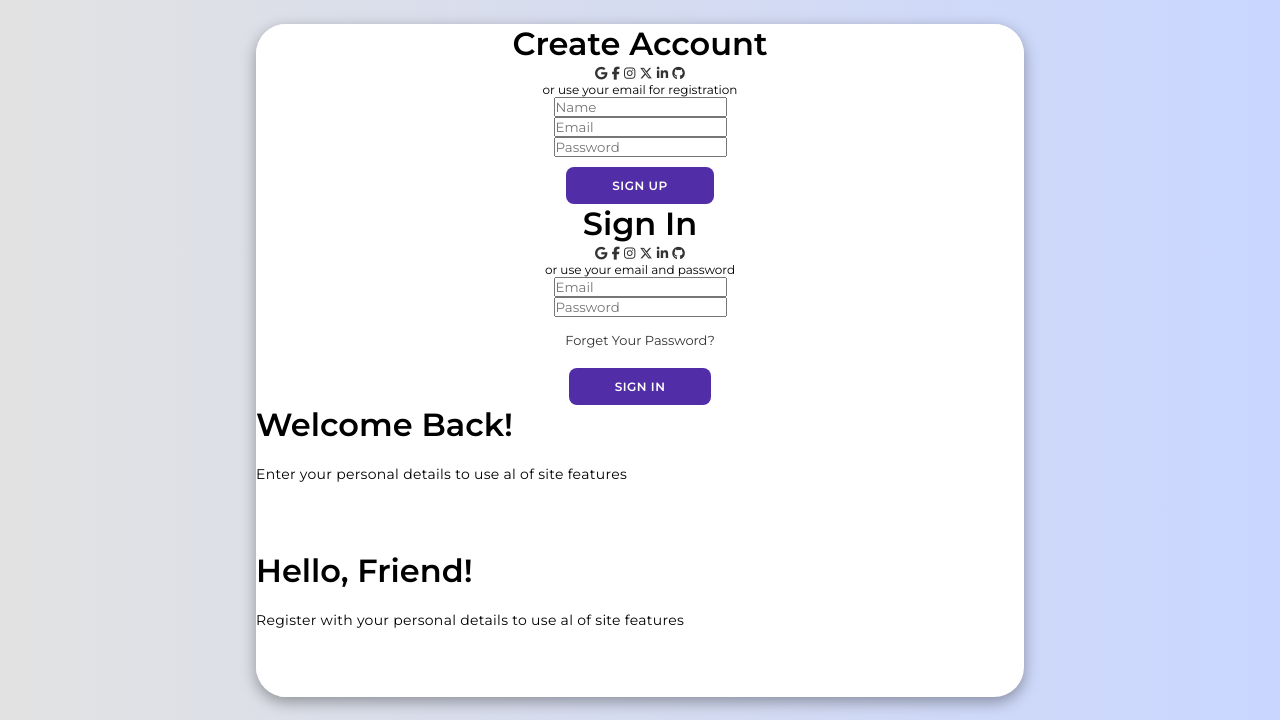
Repository: DevMike1993/Animated_Login_Page
Page: index.html
The author's editor kept a copy of each file at every save. The page is drawn from the files as they stood at one save, then again after a run of saves.
The browser window is 1280 px wide. The pictures show the whole page.

Above is the page before, as saved 2023-12-17 20:08:18.

### index.html
<!DOCTYPE html>
<html lang="en">
<head>
    <meta charset="UTF-8">
    <meta name="viewport" content="width=device-width, initial-scale=1.0">
    <link rel="stylesheet" href="https://cdnjs.cloudflare.com/ajax/libs/font-awesome/6.5.1/css/all.min.css">
    <link rel="stylesheet" href="style.css">
    <title>Animated Login Page</title>
</head>
<body>

    <div class="container" id="container">
        <div class="form-container sign-up">
            <form>
                <h1>Create Account</h1>
                <div class="social-icons">
                    <a href="#" class="icon"><i class="fa-brands fa-google"></i></a>
                    <a href="#" class="icon"><i class="fa-brands fa-facebook-f"></i></a>
                    <a href="#" class="icon"><i class="fa-brands fa-instagram"></i></a>
                    <a href="#" class="icon"><i class="fa-brands fa-x-twitter"></i></a>
                    <a href="#" class="icon"><i class="fa-brands fa-linkedin-in"></i></a>
                    <a href="#" class="icon"><i class="fa-brands fa-github"></i></a>
                </div>
                <span>or use your email for registration</span>
                <input type="text" placeholder="Name">
                <input type="email" placeholder="Email">
                <input type="password" placeholder="Password">
                <button>Sign Up</button>
            </form>
        </div>
        <div class="form-container sign-in">
            <form>
                <h1>Sign In</h1>
                <div class="social-icons">
                    <a href="#" class="icon"><i class="fa-brands fa-google"></i></a>
                    <a href="#" class="icon"><i class="fa-brands fa-facebook-f"></i></a>
                    <a href="#" class="icon"><i class="fa-brands fa-instagram"></i></a>
                    <a href="#" class="icon"><i class="fa-brands fa-x-twitter"></i></a>
                    <a href="#" class="icon"><i class="fa-brands fa-linkedin-in"></i></a>
                    <a href="#" class="icon"><i class="fa-brands fa-github"></i></a>
                </div>
                <span>or use your email and password</span>
                <input type="email" placeholder="Email">
                <input type="password" placeholder="Password">
                <a href="#">Forget Your Password?</a>
                <button>Sign In</button>
            </form>
        </div>
        <div class="toggle-container">
            <div class="toggle">
                <div class="toggle-panel toggle-left">
                    <h1>Welcome Back!</h1>
                    <p>Enter your personal details to use al of site features</p>
                    <button class="hidden" id="login">Sign In</button>
                </div>
                <div class="toggle-panel toggle-right">
                    <h1>Hello, Friend!</h1>
                    <p>Register with your personal details to use al of site features</p>
                    <button class="hidden" id="register">Sign Up</button>
                </div>
            </div>
        </div>
    </div>

    <script src="script.js"></script>
</body>
</html>

### style.css
@import url('https://fonts.googleapis.com/css2?family=Montserrat:ital,wght@0,200;0,300;0,400;0,500;0,600;1,200;1,300&family=Poppins&display=swap');

*{
    margin: 0;
    padding: 0;
    box-sizing: border-box;
    font-family: "Montserrat", sans-serif;
}

body{
    background-color: #c9d6ff;
    background: linear-gradient(to right, #e2e2e2, #c9d6ff);
    display: flex;
    align-items: center;
    justify-content: center;
    flex-direction: column;
    height: 100vh;
}

.container{
    background-color: #fff;
    border-radius: 30px;
    box-shadow: 0 5px 15px rgba(0, 0, 0, 0.35);
    position: relative;
    overflow: hidden;
    width: 768px;
    max-width: 100%;
    min-height: 480px;
}

.container p{
    font-size: 14px;
    line-height: 20px;
    letter-spacing: 0.3px;
    margin: 20px 0;
}

.container span{
    font-size: 12px;
}

.container a{
    color: #333;
    font-size: 13px;
    text-decoration: none;
    margin: 15px 0 10px;
}

.container button{
    background-color: #512da8;
    color: #fff;
    font-size: 12px;
    padding: 10px 45px;
    border: 1px solid transparent;
    border-radius: 8px;
    font-weight: 600;
    letter-spacing: 0.5px;
    text-transform: uppercase;
    margin-top: 10px;
    cursor: pointer;
}

.container button.hidden{
    background-color: transparent;
    border-color: #fff;
}

.container form{
    background-color: #fff;
    display: flex;
    align-items: center;
    justify-content: center;
    flex-direction: column;
    padding: 0 40px;
    height: 100%;
}

.container input{

}

Loaded but not shown: script.js (no copy from this time; the picture is the same without it)

After the next 7 saves:
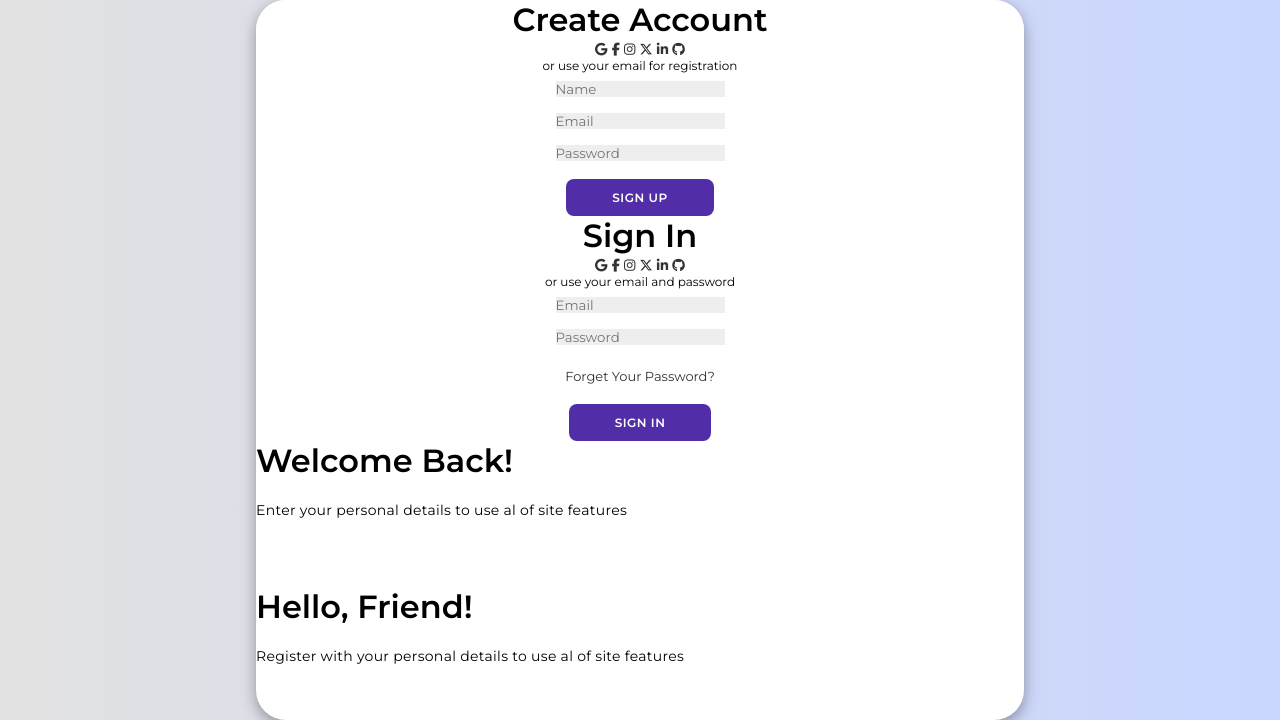
The 7 saves are shown as one change because they came seconds apart.
The last was saved 19 s later.
--- a/style.css
+++ b/style.css
@@ -76,5 +76,7 @@ body{
 }
 
 .container input{
-
+    background-color: #eee;
+    border: none;
+    margin: 8px 0;
 }
